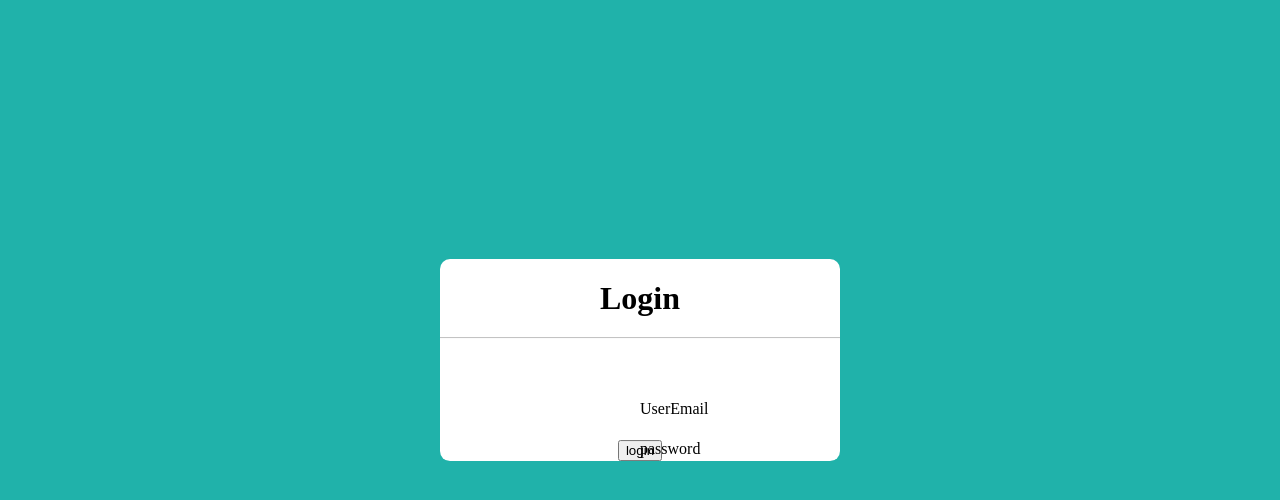
Repository: Aref19/eshop_frontEnd
Page: /
These files come from the project's save history. The page is drawn as it stood at one moment and after a run of saves; the edit follows.
The browser window is 1280 px wide. The pictures show the whole page.
The project was rebuilt for these pictures with package versions that can differ from the ones it lists, and the page was loaded fresh each time.

Above is the page before, as saved 2023-02-24 00:00:25.

After the next 5 saves:
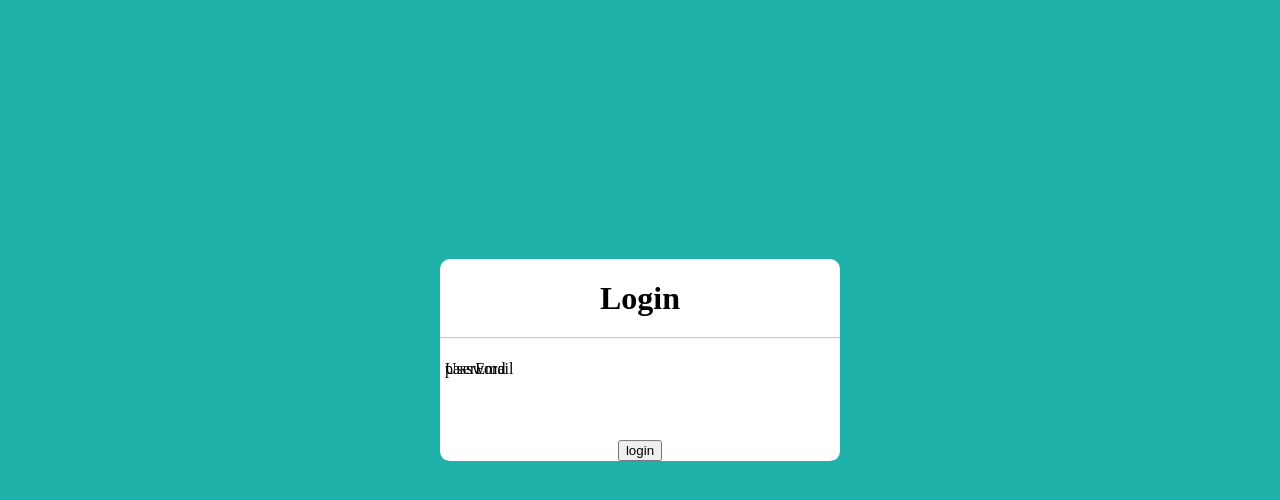
The 5 saves are shown as one change because they came seconds apart.
The last was saved 13 s later.
--- a/src/css/Login.css
+++ b/src/css/Login.css
@@ -50,5 +50,7 @@ form txt_field{
 
 .txt_field label{
     position: absolute;
-
+    top: 50%;
+    left: 5px;
+    color: ;
 }
